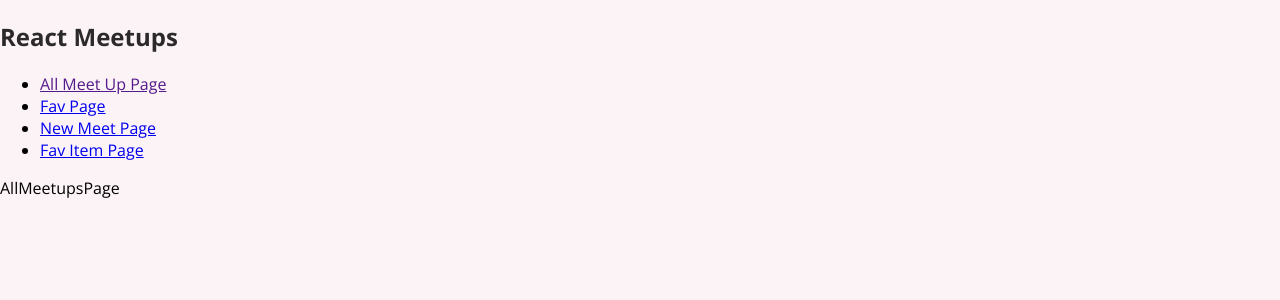
Repository: portretrieve/react-meetup-app
Page: /
These files come from the project's save history. The page is drawn as it stood at one moment and after the next save; the edit follows.
The browser window is 1280 px wide. The pictures show the whole page.
The project was rebuilt for these pictures with package versions that can differ from the ones it lists, and the page was loaded fresh each time. A package was used in the major version that the imports need, not the one package.json lists. Also part of the build but not shown: src/pages/Favourites.js, src/pages/NewMeetup.js.

Above is the page before, as saved 2021-08-17 17:27:47.

After the next save:
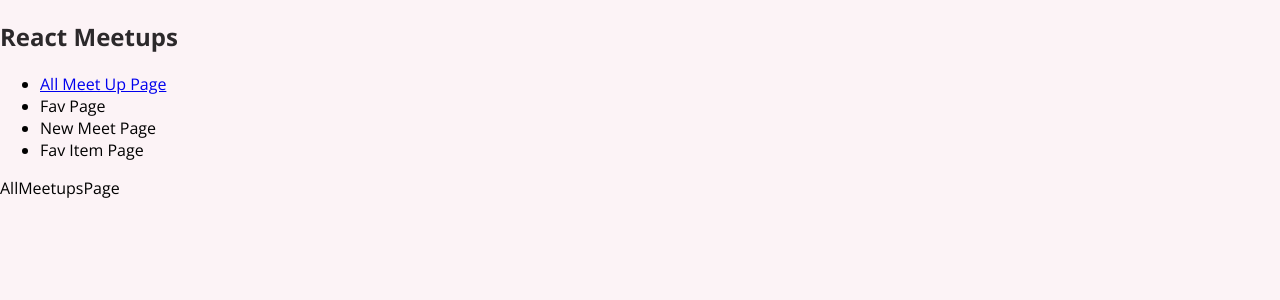
Saved 99 s later.
--- a/src/components/layout/MainNavigation.js
+++ b/src/components/layout/MainNavigation.js
@@ -7,16 +7,16 @@ function MainNavigation() {
       <nav>
         <ul>
           <li>
-            <Link href="/">All Meet Up Page</Link>
+            <Link to="/">All Meet Up Page</Link>
           </li>
           <li>
-            <a href="/fav">Fav Page</a>
+            <a to="/fav">Fav Page</a>
           </li>
           <li>
-            <a href="/meet">New Meet Page</a>
+            <a to="/meet">New Meet Page</a>
           </li>
           <li>
-            <a href="/fav-item">Fav Item Page</a>
+            <a to="/fav-item">Fav Item Page</a>
           </li>
         </ul>
       </nav>
